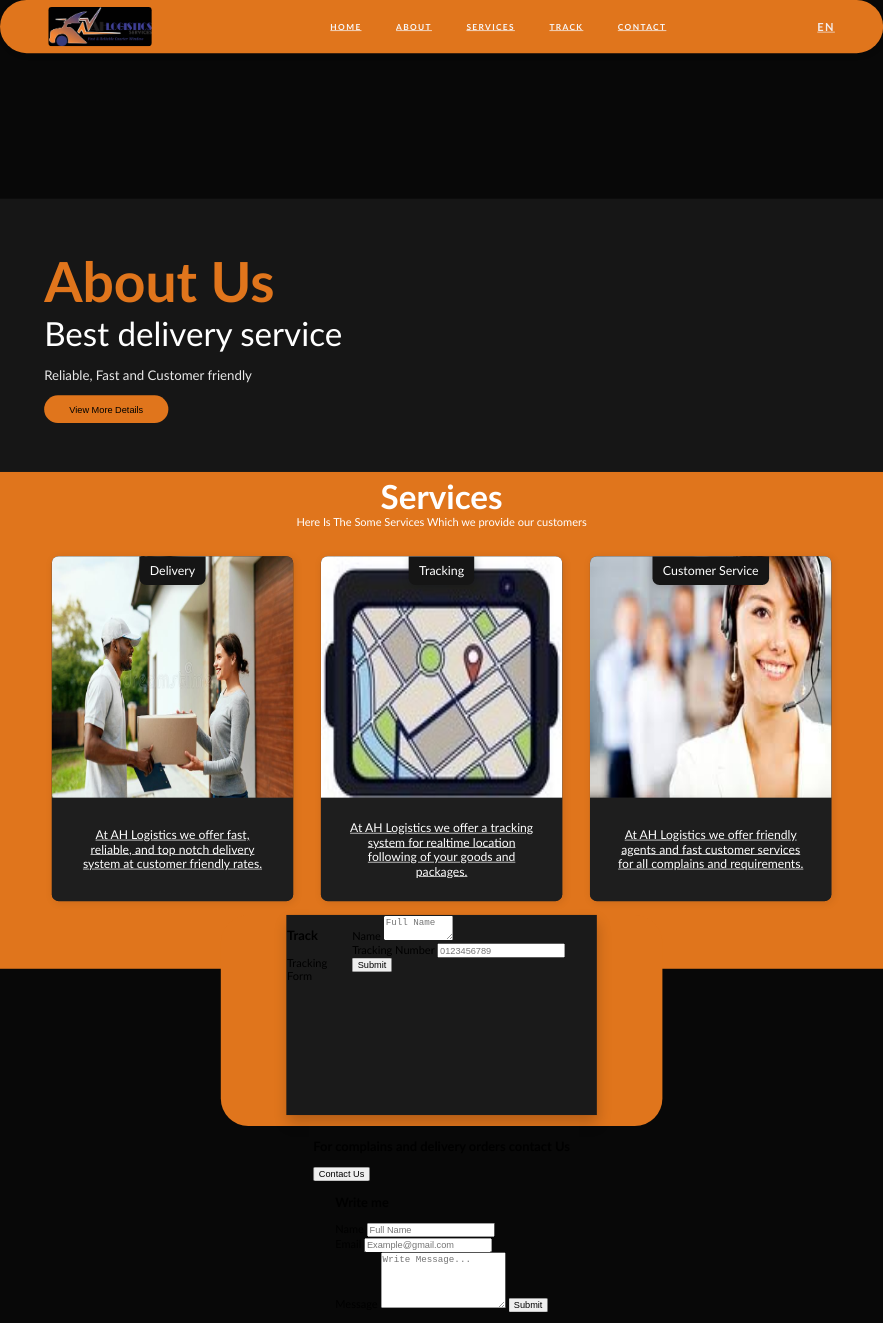
Repository: TheSecretlifeOfX/Ah-Logistics
Page: index.html
The author's editor kept a copy of each file at every save. The page is drawn from the files as they stood at one save, then again after the next save.
The browser window is 1280 px wide. The pictures show the whole page, at 69% of full size.

Above is the page before, as saved 2022-03-02 14:57:05.

### index.html
<html>
<head>
<meta charset="utf-8">
<meta http-equiv="X-UA-Compatible" content="IE-edge">
<meta name="viewport" content="width=device-width, intial-scale=1.0">
<title>Logistics Website</title>
<link rel="stylesheet" href="./css/home.css">
</head>
<body>
<section id="main">
	<nav>
	<a href="#" class="logo"><img src="images/logo.jpg"></a>
	<div class="toggle"></div>
	<ul class="menu">
	<li class="active"><a href="#main" >Home</a></li>
	<li><a href="#about">About</a></li>
	<li><a href="#services">Services</a></li>
	<li><a href="#Tracking-Form">Track</a></li>
    <li><a href="#contact-form">Contact</a></li>
	</ul>
	<a href="#" class="lang">En</a>
	</nav>
    </section>
</div>
<section id="about">
	<div class="about-text">
	<h1>About Us</h1>
	<h2>Best delivery service</h2>
	<p>Reliable, Fast and Customer friendly</p>
	<button>View More Details</button>
	</div>
</section>
<section id="services">
<div class="s-heading">
<h1>Services</h1>
<p>Here Is The Some Services Which we provide our customers</p>
</div>
<div class="b-container">
<div class="s-box">
<div class="s-b-img">
    <div class="s-type">Delivery</div>
    <img src="images/delivery.jpg">
</div>
<div class="s-b-text">
<a href="#">At AH Logistics we offer fast, reliable, and top notch delivery system at customer friendly rates.</a>
</div>
</div>
<div class="s-box">
<div class="s-b-img">
    <div class="s-type">Tracking</div>
    <img src="images/track.jpg">
</div>
<div class="s-b-text">
<a href="#">At AH Logistics we offer a tracking system for realtime location following of your goods and packages.</a>
</div>
</div>
<div class="s-box">
<div class="s-b-img">
    <div class="s-type">Customer Service</div>
    <img src="images/customer.jpg">
</div>
<div class="s-b-text">
<a href="#">At AH Logistics we offer friendly agents and fast customer services for all complains and requirements.</a>
</div>
</div>
</div>
</div>
<section id=Tracking-Form>
<form>
<div class="Track-left">
<h1 class=T-1-Heading>Track</h1>
<p class=T-2-Body>Tracking Form</p></div>
<div class="Track-right">
	<div class="C-Name">
	<font >Name</font>
	<textarea name="message" rows="2" cols="10" placeholder="Full Name"></textarea>
	<div class="f-Num">
		<font >Tracking Number</font>
		<input type="Number" placeholder="0123456789"/>
	<button>Submit</button>
</section>
</form>
<section id="contact-btn">
	<h1 class="c-b-heading">For complains and delivery orders contact Us</h1>
		<button >Contact Us</button>
	</section>
<!--contact-form------------------->
<section id="contact-form">
<form>
<!--left--------------------------------------->
<div class="contact-left">
<h1 class="c-l-heading">Write me</h1>
<div class="f-name">
<font >Name</font>
<input type="text" placeholder="Full Name"/>
</div>
<div class="f-email">
<font >Email</font>
<input type="email" placeholder="Example@gmail.com"/>
</div>
</div>
<div class="contact-right">

<div class="message">
<font >Message</font>
<textarea name="message" rows="5" cols="20" placeholder="Write Message..."></textarea>
<button>Submit</button>
</div>
</form>
</section>
</section>
</body>
</html>

### css/home.css
body{
	margin:0px;
	padding:0px;
	background-color: #080808;
	background-size: 100%;
	min-height: 100vh;
	}
	#main{
		width:100%;
		height: 40vh;
		}
		nav{
			display:flex;
			justify-content: space-between;
			align-items: center;
			text-transform: uppercase;
			font-weight: 600;
			letter-spacing: 2px;
			font-family: calibri;
			top: 0;
			left: 10px;
			width:100%;
			box-sizing: border-box;
			padding: 5px 70px;
			background-color:#e0751c;
			box-shadow:2px 2px 12px rgba(0,0,0,0.05);
			z-index: 1;
			border-radius: 50px;
			}
			.menu{
			display: flex;

			}
			.menu li a{
			padding: 10px 25px;
			color:#f8f8fa;
			font-size: 12px;
			display:inline-block;
			}
			li{display:inline-block}
			.lang{
			color:#f3ecec;
			}
			.logo > img {
				width: 100%;
				height: 100%;
				max-width: 150px;
				display: flex;
				justify-content: center;
				align-items: center;
				text-align: center;
				margin-left: 0px;
				border-radius: 5px;
				 }
			.toggle{
			display: none;
			}
			.menu li a:hover{
			background-color:#292929;
			color:#FFF!important;
			font-weight: bold;
			transition: all ease 0.4s;
			}
			.lang:hover{
				background-color:#292929;
			color:#FFF!important;
			font-weight: bold;
			transition: all ease 0.4s;
			}
			#about{
				width:100%;
				height: 55vh;
				background-color:#161616;
				box-sizing: border-box;
				display: flex;
				align-items: center;
				justify-content: space-between;
				padding: 0px 5% 0px 5%;
			}
			.about-text{
				font-family: calibri;
				width: 50%;
			}
			.about-text h1{
				font-size: 5rem;
				color:#e0751c;
			}
			.about-text h2{
				font-size: 3rem;
				color:#FFFFFF;
				font-weight: 400;
			}
			.about-text h1,h2{
				margin: 0px;
				padding: 0px;
			}
			.about-text p{
				font-size: 1.2rem;
				color:rgba(255,255,255,0.90);

			}
			.about-text button{
				width: 180px;
				height: 40px;
				border-radius: 20px;
				border: none;
				outline: none;
				background-color:#e0751c;
			}
			.about-text button:hover{
				background-color: #FFFFFF;
				transition: all ease 0.3s;
			}
			#services{
				width:100%;
			height:100vh;
			box-sizing: border-box;
			font-family: calibri;
			display: flex;
			flex-direction: column;
			align-items: center;
			justify-content: center;
			padding-top: 500px ;
			background-color:#e0751c;
		}

		.s-heading h1{
			color:#FFFFFF;
			font-size: 3rem;
			margin: 0px;
			padding: 0px;

		}
		.s-heading p{
			color:rgb(255, 255, 255);
			font-size: 1rem;
			margin: 0px;
			padding: 0px;
		}
		.s-heading{
			text-align: center;
			margin: 20px 0px;
		}
		.s-box{
			background-color: #2B2B2B;
			width:350px;
			height: 500px;
			margin: 20px;
			border-radius: 10px;
			overflow: hidden;
			box-shadow: 2px 2px 12px rgba(0,0,0,0.1);
			position: relative;
		}
		.b-container{
			display: flex;
			justify-content: center;
			align-content: center;


		}
		.s-b-img{
			width: 100%;
			height: 70%;

		}
		.s-b-img img{
			width:100%;
			height: 100%;

		}
		.s-b-text{
			width: 100%;
			height: 30%;
			background-color:#1E1E1E;
			display:flex;
			justify-content: center;
			align-items: center;
			text-align: center;
		}
		.s-b-text a{
			margin: 0px;
			color:#FFFFFF;
			font-size: 1.1rem;
			font-family: calibri;
			display: block;
			display: -webkit-box;
			max-width: 80%;
			-webkit-line-clamp: 4;
			-webkit-box-orient: vertical;
			overflow: hidden;
			text-overflow: ellipsis;
		}
		.s-b-text a:hover{
			color:rgba(255,255,255,0.50)
		}
		.s-type{
			font-family: calibri;
			color:#FFFFFF;
			background-color: #151515;
			padding: 10px 15px;
			position: absolute;
			top: 0px;
			left: 50%;
			transform: translateX(-50%);
			font-size: 18px;
			border-radius: 0px 0px 10px 10px;
			box-shadow: 2px 2px 12px rgba(0,0,0,0.2);
		}
		.s-box:hover{
			transform:translateY(-10px);
			transition: all ease 0.3s;

		}
		#Tracking-Form{
			width: 50%;
			height: 100vh;
			display: flex;
			justify-content: center;
			align-items: center;
			background-color:#e0751c;
			border-radius: 40px;
		}
		#Tracking-Form form{
			display: flex;
			width: 70%;
			height: 40vh;
			background-color: #1A1A1A;
			box-shadow: 2px 12px 20px rgba(0,0,0,0.2);
			border: 1px solid rgba(255,255,255,0.01)
		}

After the next save:
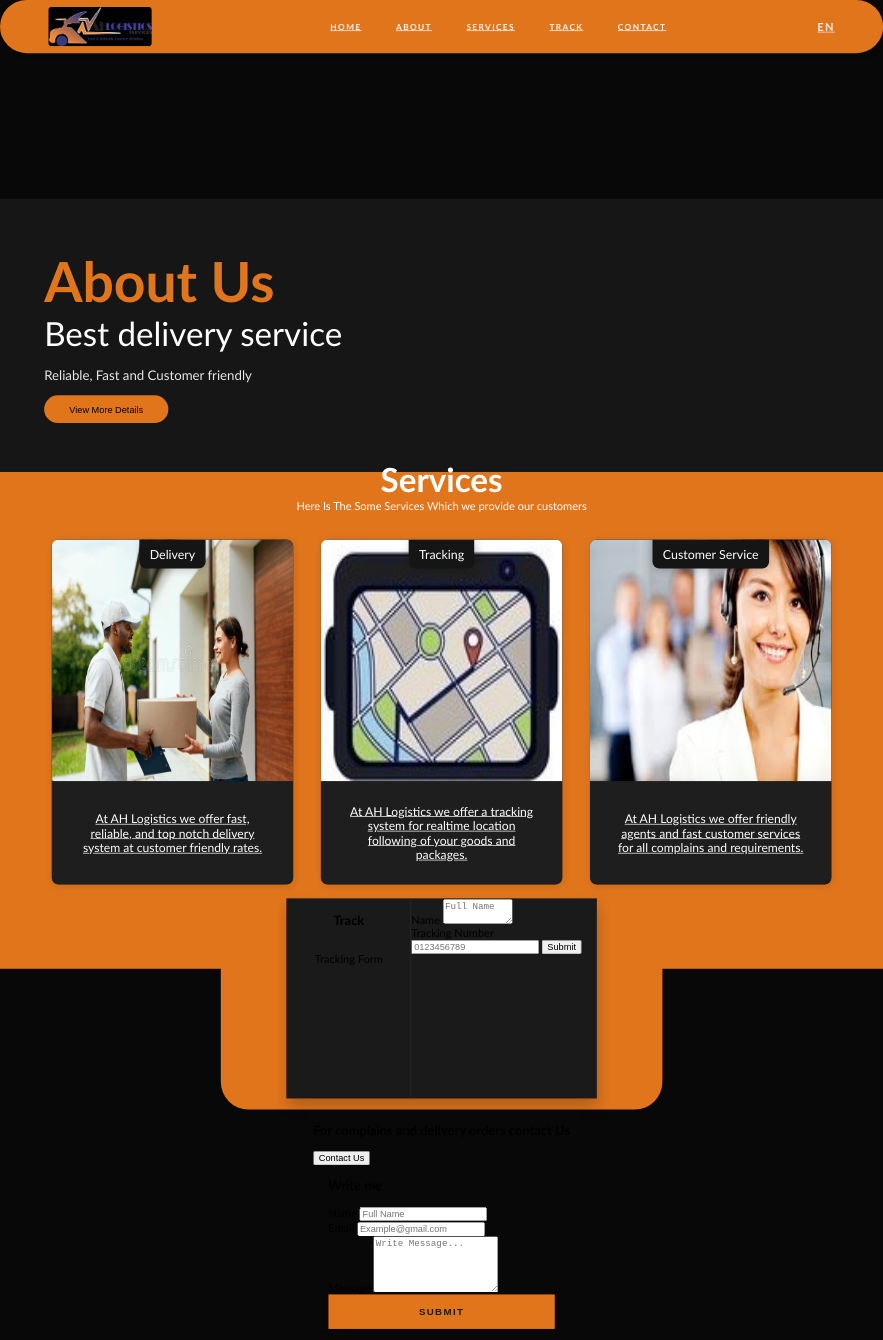
Saved 65 s later.
--- a/css/home.css
+++ b/css/home.css
@@ -228,3 +228,32 @@ body{
 			box-shadow: 2px 12px 20px rgba(0,0,0,0.2);
 			border: 1px solid rgba(255,255,255,0.01)
 		}
+		.Track-left{
+			width: 40%;
+			height: 100%;
+			display: flex;
+			flex-direction: column;
+			align-items: center;
+		}
+		.Track-right{
+			width: 60%;
+			height: 100%;
+			box-sizing: border-box;
+			display: flex;
+			flex-direction: column;
+			justify-content: space-between;
+			border-left: 1px solid rgba(255,255,255,0.08);
+		}
+		.contact-right button{
+			width: 100%;
+			height: 50px;
+			background-color: #e0751c;
+			font-weight: bold;
+			outline: none;
+			border: none;
+			margin: 0px;
+			color:#1B1B1B;
+			font-size: 14px;
+			text-transform: uppercase;
+			letter-spacing: 2px;
+		}
